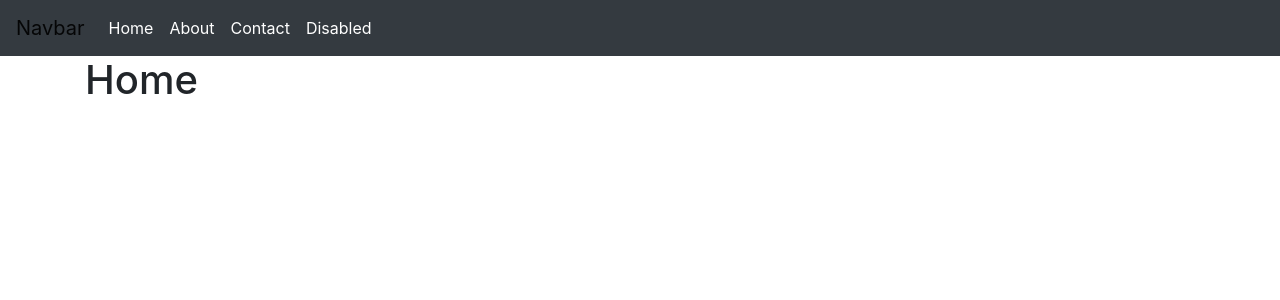
Repository: syawal2kalii/parsinta_clone_model
Page: http://localhost/home
An editor plug-in stored every save of this project. The page is shown before and after the next save, followed by the edit.
The browser window is 1280 px wide. The pictures show the whole page.
The page is served by the project's Laravel application, run on PHP 8.4 with Laravel 8. Other server files are loaded and not shown.

Above is the page before, as saved 2019-12-26 15:15:58.

### routes/web.php
<?php

/*
|--------------------------------------------------------------------------
| Web Routes
|--------------------------------------------------------------------------
|
| Here is where you can register web routes for your application. These
| routes are loaded by the RouteServiceProvider within a group which
| contains the "web" middleware group. Now create something great!
|
*/

Route::get('/', function () {
    return view('welcome');
});

Route::get('/home', function () {
    return view('home');
});

Route::get('/about', function () {
    return view('about');
});

Route::get('/contact', function () {
    return view('contack');
});

### resources/views/home.blade.php
@extends('layout.master')
@section('title')
    home
@endsection
@section('content')
    <div class="container">
        <h1>Home</h1>
    </div>
@endsection

### resources/views/layout/master.blade.php
<!DOCTYPE html>
<html lang="en">
<head>
    <meta charset="UTF-8">
    <meta name="viewport" content="width=device-width, initial-scale=1.0">
    <meta http-equiv="X-UA-Compatible" content="ie=edge">
    <link rel="stylesheet" href="https://stackpath.bootstrapcdn.com/bootstrap/4.4.1/css/bootstrap.min.css" integrity="sha384-Vkoo8x4CGsO3+Hhxv8T/Q5PaXtkKtu6ug5TOeNV6gBiFeWPGFN9MuhOf23Q9Ifjh" crossorigin="anonymous">
    <title>@yield('title')</title>
</head>
<body>
   @include('layout.navigation')
   @yield('content')



   <script src="https://code.jquery.com/jquery-3.4.1.slim.min.js" integrity="sha384-J6qa4849blE2+poT4WnyKhv5vZF5SrPo0iEjwBvKU7imGFAV0wwj1yYfoRSJoZ+n" crossorigin="anonymous"></script>
   <script src="https://cdn.jsdelivr.net/npm/popper.js@1.16.0/dist/umd/popper.min.js" integrity="sha384-Q6E9RHvbIyZFJoft+2mJbHaEWldlvI9IOYy5n3zV9zzTtmI3UksdQRVvoxMfooAo" crossorigin="anonymous"></script>
   <script src="https://stackpath.bootstrapcdn.com/bootstrap/4.4.1/js/bootstrap.min.js" integrity="sha384-wfSDF2E50Y2D1uUdj0O3uMBJnjuUD4Ih7YwaYd1iqfktj0Uod8GCExl3Og8ifwB6" crossorigin="anonymous"></script>
</body>
</html>

### resources/views/layout/navigation.blade.php
<nav class="navbar navbar-expand-lg navbar-light bg-dark">
        <a class="navbar-brand" href="#">Navbar</a>
        <button class="navbar-toggler" type="button" data-toggle="collapse" data-target="#navbarNavAltMarkup" aria-controls="navbarNavAltMarkup" aria-expanded="false" aria-label="Toggle navigation">
          <span class="navbar-toggler-icon"></span>
        </button>
        <div class="collapse navbar-collapse" id="navbarNavAltMarkup">
          <div class="navbar-nav">
            <a class="nav-item nav-link active text-white" href="/home">Home <span class="sr-only">(current)</span></a>
            <a class="nav-item nav-link text-white" href="/about">About</a>
            <a class="nav-item nav-link text-white" href="/contact">Contact</a>
            <a class="nav-item nav-link text-white disabled" href="#" tabindex="-1" aria-disabled="true">Disabled</a>
          </div>
        </div>
</nav>

After the next save:
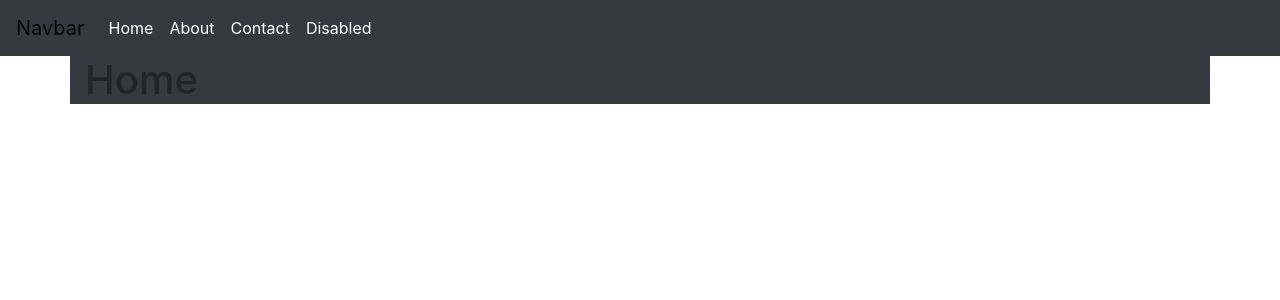
Saved 20 s later.
--- a/resources/views/home.blade.php
+++ b/resources/views/home.blade.php
@@ -3,7 +3,7 @@
     home
 @endsection
 @section('content')
-    <div class="container">
+    <div class="container bg-dark">
         <h1>Home</h1>
     </div>
 @endsection
